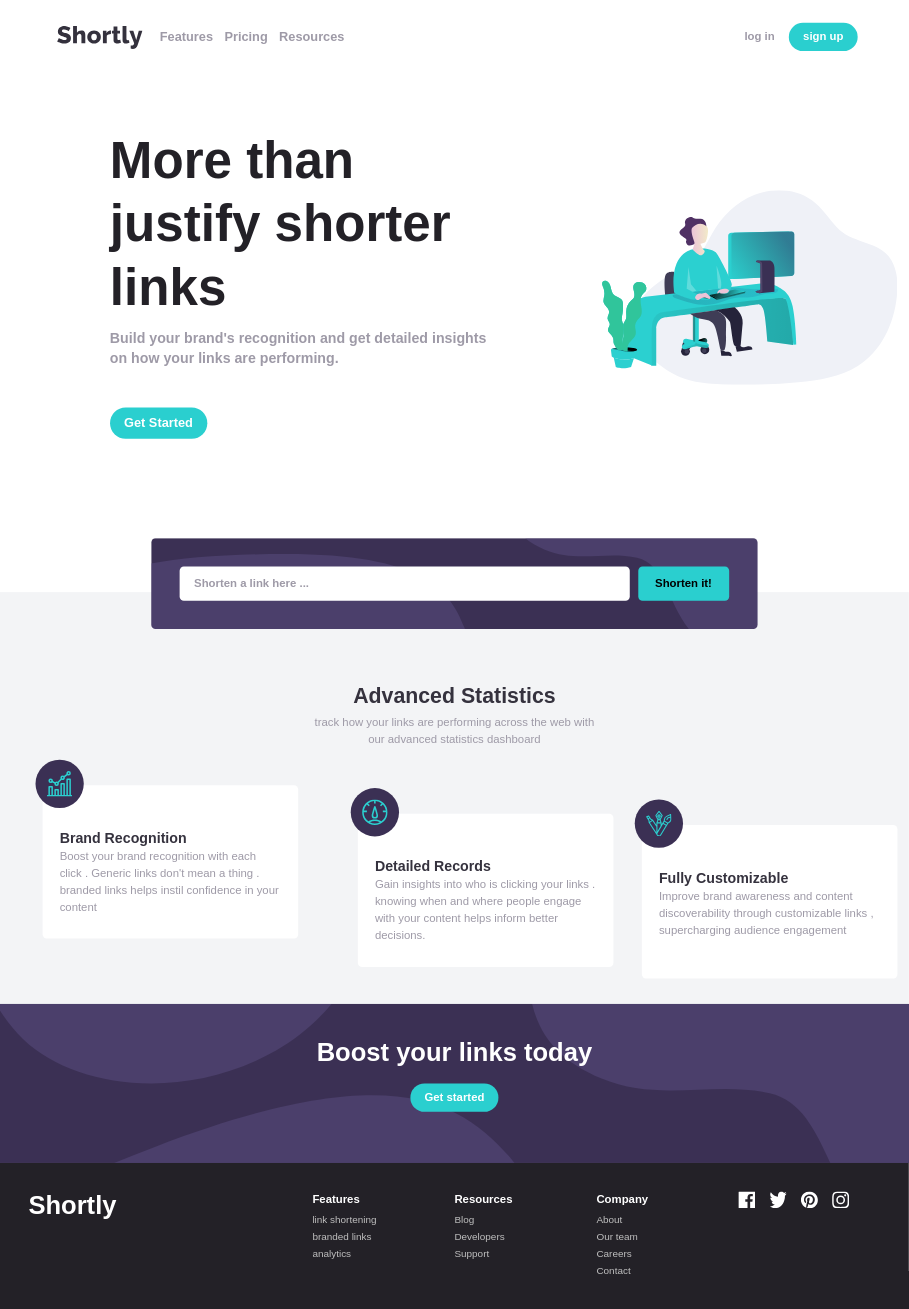
Repository: ayakhaled0001/URL_shortening
Page: /
The author's editor kept a copy of each file at every save. The page is drawn from the files as they stood at one save, then again after the next save.
The browser window is 1280 px wide. The pictures show the whole page, at 71% of full size.
The project was rebuilt for these pictures with package versions that can differ from the ones it lists, and the page was loaded fresh each time. Also part of the build but not shown: vite.config.js.

Above is the page before, as saved 2025-10-18 05:00:08.

### src/index.css
@import "tailwindcss";
@import url("https://fonts.googleapis.com/css2?family=Poppins:ital,wght@0,100;0,200;0,300;0,400;0,500;0,600;0,700;0,800;0,900;1,100;1,200;1,300;1,400;1,500;1,600;1,700;1,800;1,900&display=swap");

@theme {
  --font-poppins: "Poppins", sans-serif;
  /* ### Primary */

  --color-Blue-400: hsl(180, 66%, 49%);
  --color-Purple-950: hsl(257, 27%, 26%);

  /* ### Secondary */

  --Red-400: hsl(0, 87%, 67%);

  /* ### Neutral */

  --color-Gray-400: hsl(0, 0%, 75%);
  --color-Gray-500: hsl(257, 7%, 63%);
  --color-Gray-900: hsl(255, 11%, 22%);
  --color-Gray-950: hsl(260, 8%, 14%);
}

### src/App.jsx
import { Provider } from "react-redux";
import AdvancedStatistics from "./components/AdvancedStatistics";
import Footer from "./components/Footer";
import Header from "./components/Header";
import Hero from "./components/Hero";
import Nav from "./components/Nav";
import Shorten from "./components/Shorten";
import store from "./features/store";

function App() {
  return (
    <Provider store={store}>
      <Nav />
      <Hero />
      <Shorten />
      <AdvancedStatistics />
      <Header />
      <Footer />
    </Provider>
  );
}

export default App;

### src/components/AdvancedStatistics.jsx
function AdvancedStatistics() {
  return (
    <section className="font-poppins pt-16 md:pt-20 lg:pt-25 py-12 md:py-15 bg-gray-100">
      <div className="w-11/12 md:w-4/6 lg:w-4/12 mx-auto text-center py-5 px-4">
        <h1 className="text-2xl md:text-3xl lg:text-3xl py-2 text-Gray-900 font-bold">
          Advanced Statistics
        </h1>
        <p className="text-Gray-500 text-sm md:text-base lg:text-base">
          track how your links are performing across the web with our advanced
          statistics dashboard
        </p>
      </div>
      <div className="flex flex-col xl:flex-row xl:flex-wrap justify-center items-center xl:items-stretch gap-6 md:gap-8 xl:gap-10 my-8 px-4">
        <div className="w-full max-w-sm md:max-w-md xl:w-90 bg-white rounded-md px-6 pt-15 pb-8 relative z-10 mx-auto">
          <div className="absolute -top-9 left-1/2 transform -translate-x-1/2 md:left-6 md:transform-none inline-block bg-Purple-950 p-4 rounded-full">
            <img src="images/icon-brand-recognition.svg" className="w-9" />
          </div>

          <h1 className="text-lg md:text-xl font-bold text-Gray-900 text-center md:text-left">
            Brand Recognition
          </h1>
          <p className="text-Gray-500 text-sm md:text-base text-center md:text-left">
            Boost your brand recognition with each click . Generic links don't
            mean a thing . branded links helps instil confidence in your content
          </p>
        </div>
        <div className="w-full md:w-80 xl:w-90 translate-y-0 xl:translate-y-10 bg-white rounded-md px-6 pt-15 pb-8 relative mx-auto md:mx-0">
          <div className="absolute -top-9 left-1/2 transform -translate-x-1/2 md:left-6 md:transform-none inline-block bg-Purple-950 p-4 rounded-full">
            <img src="images/icon-detailed-records.svg" className="w-9" />
          </div>

          <h1 className="text-lg md:text-xl font-bold text-Gray-900 text-center md:text-left">
            Detailed Records
          </h1>
          <p className="text-Gray-500 text-sm md:text-base text-center md:text-left">
            Gain insights into who is clicking your links . knowing when and
            where people engage with your content helps inform better decisions.
          </p>
        </div>
        <div className="w-full md:w-80 xl:w-90 translate-y-0 xl:translate-y-14 bg-white rounded-md px-6 pt-15 pb-8 relative mx-auto md:mx-0">
          <div className="absolute -top-9 left-1/2 transform -translate-x-1/2 md:left-6 md:transform-none inline-block bg-Purple-950 p-4 rounded-full">
            <img src="images/icon-fully-customizable.svg" className="w-9" />
          </div>

          <h1 className="text-lg md:text-xl font-bold text-Gray-900 text-center md:text-left">
            Fully Customizable
          </h1>
          <p className="text-Gray-500 text-sm md:text-base text-center md:text-left">
            Improve brand awareness and content discoverability through
            customizable links , supercharging audience engagement
          </p>
        </div>
      </div>
    </section>
  );
}

export default AdvancedStatistics;

### src/components/Footer.jsx
function Footer() {
  return (
    <footer className="p-6 md:p-8 lg:p-10 text-Gray-400 font-poppins bg-Gray-950 grid grid-cols-1 md:grid-cols-2 lg:grid-cols-[2fr_1fr_1fr_1fr_1fr] gap-6 md:gap-8 lg:gap-0">
      <div className="text-center md:text-left lg:col-span-1">
        <span className="font-bold text-3xl md:text-4xl text-white">
          Shortly
        </span>
      </div>
      <div className="grid grid-cols-1 md:grid-cols-3 lg:grid-cols-4 gap-6 md:gap-8 lg:gap-0 lg:col-span-4">
        <ul className="text-center md:text-left">
          <p className="text-white mb-2 md:mb-1.5 font-semibold text-sm md:text-base">
            Features
          </p>
          <li className="text-xs md:text-sm mb-1">link shortening</li>
          <li className="text-xs md:text-sm mb-1">branded links</li>
          <li className="text-xs md:text-sm mb-1">analytics</li>
        </ul>
        <ul className="text-center md:text-left">
          <p className="text-white mb-2 md:mb-1.5 font-semibold text-sm md:text-base">
            Resources
          </p>
          <li className="text-xs md:text-sm mb-1">Blog</li>
          <li className="text-xs md:text-sm mb-1">Developers</li>
          <li className="text-xs md:text-sm mb-1">Support</li>
        </ul>
        <ul className="text-center md:text-left">
          <p className="text-white mb-2 md:mb-1.5 font-semibold text-sm md:text-base">
            Company
          </p>
          <li className="text-xs md:text-sm mb-1">About</li>
          <li className="text-xs md:text-sm mb-1">Our team</li>
          <li className="text-xs md:text-sm mb-1">Careers</li>
          <li className="text-xs md:text-sm mb-1">Contact</li>
        </ul>
        <ul className="flex justify-center md:justify-start gap-4 md:gap-5">
          <li>
            <a href="#" className="hover:opacity-70 transition-opacity">
              <img
                src="images/icon-facebook.svg"
                alt="Facebook"
                className="w-5 h-5 md:w-6 md:h-6"
              />
            </a>
          </li>
          <li>
            <a href="#" className="hover:opacity-70 transition-opacity">
              <img
                src="images/icon-twitter.svg"
                alt="Twitter"
                className="w-5 h-5 md:w-6 md:h-6"
              />
            </a>
          </li>
          <li>
            <a href="#" className="hover:opacity-70 transition-opacity">
              <img
                src="images/icon-pinterest.svg"
                alt="Pinterest"
                className="w-5 h-5 md:w-6 md:h-6"
              />
            </a>
          </li>
          <li>
            <a href="#" className="hover:opacity-70 transition-opacity">
              <img
                src="images/icon-instagram.svg"
                alt="Instagram"
                className="w-5 h-5 md:w-6 md:h-6"
              />
            </a>
          </li>
        </ul>
      </div>
    </footer>
  );
}

export default Footer;

### src/components/Header.jsx
function Header() {
  return (
    <header className="font-poppins flex flex-col items-center justify-center py-8 md:py-10 lg:py-12 bg-Purple-950 bg-[url(images/bg-boost-mobile.svg)] md:bg-[url(images/bg-boost-desktop.svg)] bg-no-repeat bg-cover px-4">
      <h1 className="text-white font-bold text-2xl md:text-3xl lg:text-4xl text-center">
        Boost your links today
      </h1>
      <button className="my-4 md:my-5 lg:my-6 cursor-pointer font-semibold bg-Blue-400 text-white px-6 py-3 md:px-5 md:py-2 rounded-full active:bg-[#2ACFCF80] text-sm md:text-base">
        Get started
      </button>
    </header>
  );
}

export default Header;

### src/components/Hero.jsx
function Hero() {
  return (
    <main className="font-poppins flex flex-col lg:flex-row items-center px-4 py-8 md:py-12 lg:py-16">
      <div className="order-2 lg:order-1 w-full lg:w-4/6 mx-auto text-center lg:text-left">
        <div className="w-full lg:w-4/6 mx-auto">
          <h1 className="my-3 text-4xl md:text-5xl lg:text-7xl font-bold text-Gray-950 leading-tight">
            More than justify shorter links
          </h1>
          <p className="text-Gray-500 font-semibold text-base md:text-lg lg:text-xl mb-6 lg:mb-8">
            Build your brand's recognition and get detailed insights on how your
            links are performing.
          </p>
          <button className="my-6 cursor-pointer font-semibold bg-Blue-400 text-white px-6 py-3 md:px-8 md:py-3 lg:px-5 lg:py-2 rounded-full active:bg-[#2ACFCF80] text-base md:text-lg">
            Get Started
          </button>
        </div>
      </div>
      <div className="order-1 lg:order-2 w-full lg:w-2/6 flex justify-center lg:justify-end">
        <img
          src="images/illustration-working.svg"
          alt="Working illustration"
          className="w-full max-w-md lg:max-w-none h-auto"
        />
      </div>
    </main>
  );
}

export default Hero;

### src/components/Nav.jsx
function Nav() {
  return (
    <nav className="font-poppins flex justify-between py-4 px-4 md:py-6 md:px-8 lg:py-8 lg:px-18 text-Gray-500 font-semibold text-sm md:text-base lg:text-lg">
      <div className="flex gap-2 md:gap-4 w-3/6 items-center">
        <img src="images/logo.svg" alt="logo" className="mx-1 md:mx-2" />
        <ul className="hidden md:flex gap-2 lg:gap-4">
          <li>
            <a href="">Features</a>
          </li>
          <li>
            <a href="">Pricing</a>
          </li>
          <li>
            <a href="">Resources</a>
          </li>
        </ul>
      </div>
      <div className="flex gap-2 md:gap-3 lg:gap-5 items-center">
        <button className="cursor-pointer font-semibold text-sm md:text-base">
          log in
        </button>
        <button className="cursor-pointer font-semibold bg-Blue-400 text-white px-3 py-1.5 md:px-4 md:py-1.5 lg:px-5 lg:py-2 rounded-full active:bg-[#2ACFCF80] text-sm md:text-base">
          sign up
        </button>
      </div>
    </nav>
  );
}

export default Nav;

### src/components/Shorten.jsx
import { useRef, useState } from "react";
import { useDispatch, useSelector } from "react-redux";
import { shortenURL } from "../features/URLthunks";

function Shorten() {
  const { listOfShortenURL, loading, error } = useSelector(
    (state) => state.URLShortening
  );
  const [copyStates, setCopyStates] = useState({}); // Track state per URL
  const [input, setInput] = useState("");
  const dispatch = useDispatch();
  const timeRefs = useRef({}); // Multiple timeouts for multiple URLs

  const copyToClipboard = async (text, urlId) => {
    try {
      await navigator.clipboard.writeText(text);

      // Set copy success for this specific URL
      setCopyStates((prev) => ({
        ...prev,
        [urlId]: "Copied!",
      }));

      // Clear previous timeout for this URL if exists
      if (timeRefs.current[urlId]) {
        clearTimeout(timeRefs.current[urlId]);
      }

      // Set new timeout for this specific URL
      timeRefs.current[urlId] = setTimeout(() => {
        setCopyStates((prev) => ({
          ...prev,
          [urlId]: "",
        }));
      }, 2000);
    } catch (err) {
      setCopyStates((prev) => ({
        ...prev,
        [urlId]: "Failed to copy!",
      }));
      console.error("Failed to copy: ", err);
    }
  };

  function handleShortening() {
    if (!input.trim()) return;
    dispatch(shortenURL(input));
    setInput("");
  }

  return (
    <>
      <section className="font-poppins bg-no-repeat bg-cover bg-[url(images/bg-shorten-mobile.svg)] md:bg-[url(images/bg-shorten-desktop.svg)] flex flex-col md:flex-row gap-3 translate-y-13 w-11/12 md:w-10/12 lg:w-8/12 mx-auto p-4 md:p-6 lg:p-10 bg-Purple-950 rounded-md">
        <input
          value={input}
          onChange={(e) => setInput(e.target.value)}
          type="text"
          className="placeholder:text-Gray-500 placeholder:font-semibold w-full outline-none bg-white rounded-md px-4 py-3 md:px-5 text-sm md:text-base"
          placeholder={loading ? "loading ...." : "Shorten a link here ..."}
          disabled={loading}
        />
        <button
          onClick={handleShortening}
          className="text-nowrap bg-Blue-400 px-6 py-3 md:py-2 rounded-md text-sm md:text-base font-semibold">
          Shorten it!
        </button>
      </section>
      <div className="translate-y-17 w-11/12 md:w-10/12 lg:w-8/12 mx-auto">
        {listOfShortenURL.map((e, i) => (
          <div
            key={i}
            className="flex flex-col md:flex-row my-1 shadow-2xl items-start md:items-center bg-white rounded-md justify-between p-3 md:p-4">
            <p className="overflow-ellipsis overflow-hidden px-2 font-semibold text-sm md:text-base w-full md:w-auto border-b md:border-b-0 border-gray-200 md:border-0 pb-2 md:pb-0 mb-2 md:mb-0">
              {e.original}
            </p>
            <div className="flex flex-col md:flex-row items-start md:items-center gap-2 w-full md:w-auto">
              <p className="text-Blue-400 text-sm md:text-base">{e.short}</p>
              <button
                className={`px-4 py-2 rounded-md text-sm md:text-base font-semibold w-full md:w-auto ${
                  copyStates[i]
                    ? "bg-Purple-950 text-white"
                    : "bg-Blue-400 text-white"
                }`}
                onClick={() => copyToClipboard(e.short, i)}>
                {copyStates[i] ? "Copied!" : "Copy"}
              </button>
            </div>
          </div>
        ))}
      </div>
    </>
  );
}

export default Shorten;

### src/features/store.js
import { configureStore } from "@reduxjs/toolkit";
import URLReducer from "./URLslice";

const store = configureStore({
  reducer: {
    URLShortening: URLReducer,
  },
});

export default store;

### src/features/URLthunks.js
import { createAsyncThunk } from "@reduxjs/toolkit";
import axios from "axios";

const API_KEY = "uFH8UIuk0R0OiyF8U5ldFsbpgMrSuiBCXwnNHSpR1sD7lADje9zKeCjq7IOx";
const BASE_URL = "https://api.tinyurl.com/";
export const shortenURL = createAsyncThunk(
  "urls/shortenUrl",
  async (originalUrl, { rejectWithValue }) => {
    try {
      const res = await axios.post(
        "https://api.tinyurl.com/create",
        { url: originalUrl }, // 👈 URL-encoded form data
        {
          headers: {
            "Content-Type": "application/json",
            Authorization: `Bearer ${API_KEY}`,
          },
        }
      );
      return { originalUrl, short: res.data.data.tiny_url };
    } catch (err) {
      return rejectWithValue(err.response?.data || "something went wrong");
    }
  }
);

### src/features/URLslice.js
import { createSlice } from "@reduxjs/toolkit";
import { shortenURL } from "./URLthunks";

export const initialState = {
  loading: false,
  error: null,
  listOfShortenURL: [],
};
const URLSlice = createSlice({
  name: "URLShortening",
  initialState,
  reducers: {},
  extraReducers: (builder) => {
    builder
      .addCase(shortenURL.pending, (state) => {
        state.loading = true;
        state.error = null;
      })
      .addCase(shortenURL.fulfilled, (state, action) => {
        state.loading = false;
        const { originalUrl, short } = action.payload;
        state.listOfShortenURL.push({
          original: originalUrl,
          short: short,
        });
        state.error = null;
      })
      .addCase(shortenURL.rejected, (state, action) => {
        state.loading = false;
        state.error = action.payload || "something went wrong";
      });
  },
});

export default URLSlice.reducer;

Loaded but not shown: index.html (common file); src/main.jsx (common file)

After the next save:
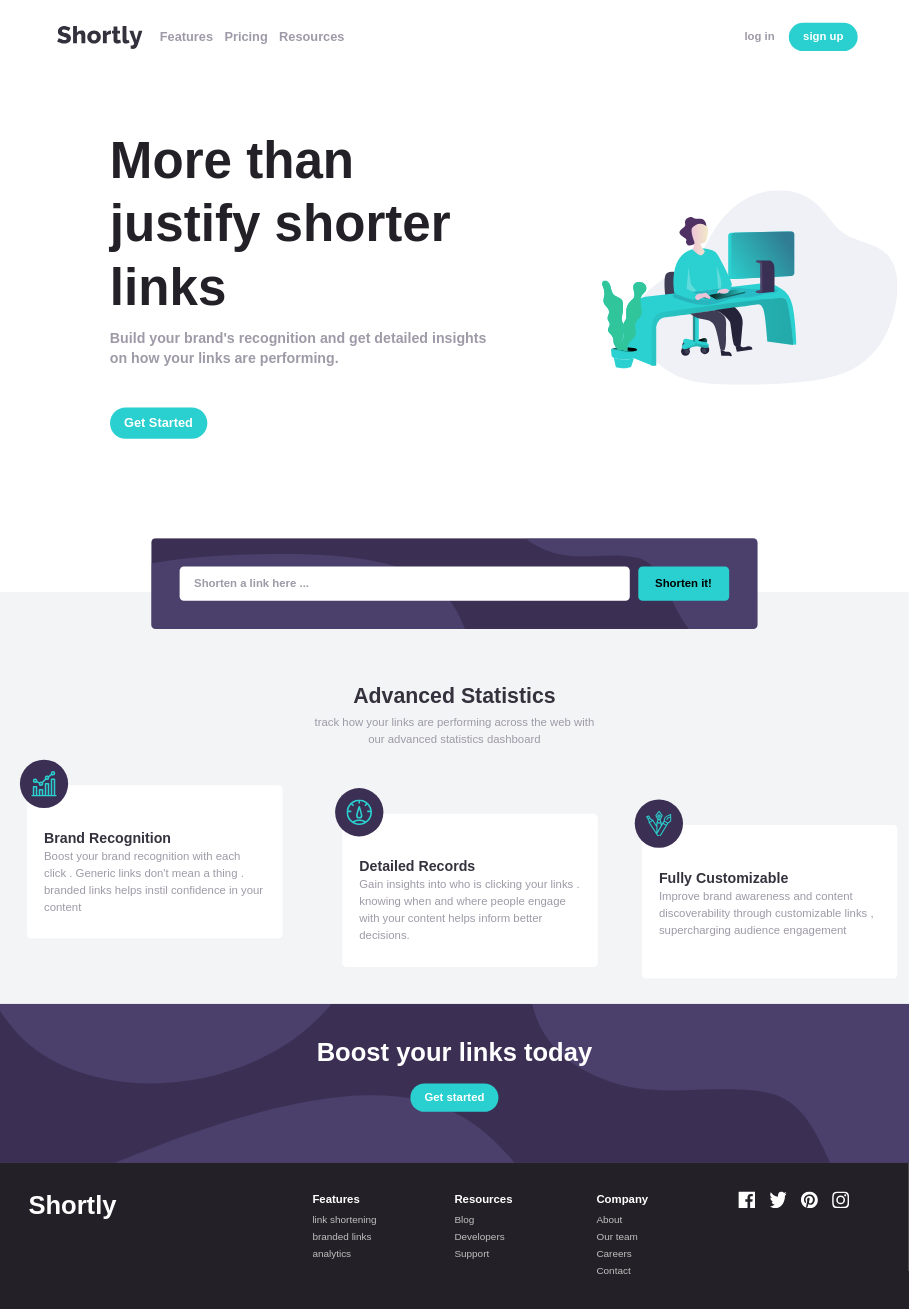
Saved 4 s later.
--- a/src/components/AdvancedStatistics.jsx
+++ b/src/components/AdvancedStatistics.jsx
@@ -24,7 +24,7 @@ function AdvancedStatistics() {
             mean a thing . branded links helps instil confidence in your content
           </p>
         </div>
-        <div className="w-full md:w-80 xl:w-90 translate-y-0 xl:translate-y-10 bg-white rounded-md px-6 pt-15 pb-8 relative mx-auto md:mx-0">
+        <div className="w-full max-w-sm md:max-w-md xl:w-90 translate-y-0 xl:translate-y-10 bg-white rounded-md px-6 pt-15 pb-8 relative mx-auto">
           <div className="absolute -top-9 left-1/2 transform -translate-x-1/2 md:left-6 md:transform-none inline-block bg-Purple-950 p-4 rounded-full">
             <img src="images/icon-detailed-records.svg" className="w-9" />
           </div>
